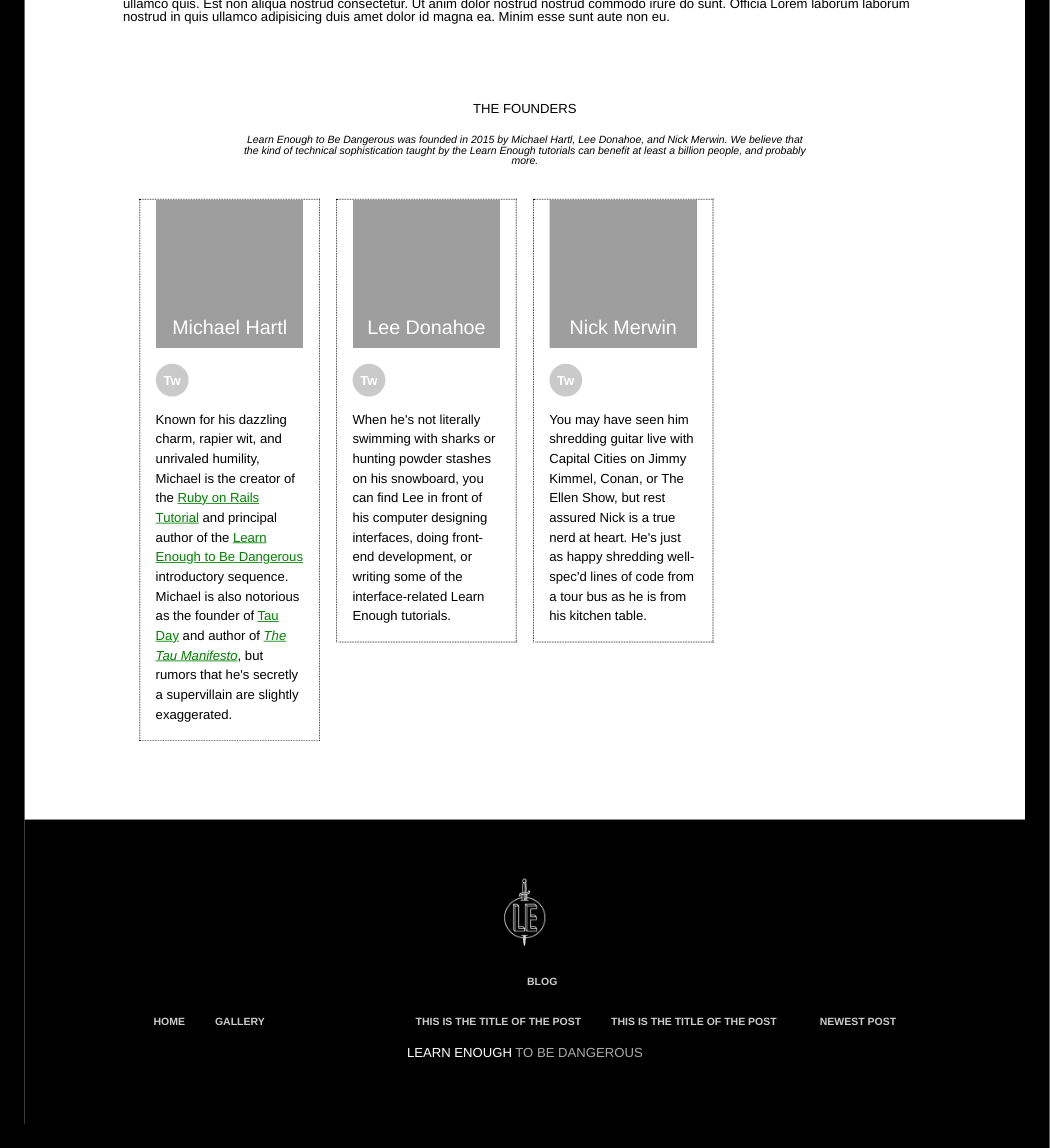
Repository: rvass/learn-enough-CSS
Page: _site/index.html
The author's editor kept a record of every edit. The page is drawn from the files as they stood at one moment, then again after the next edit.
The browser window is 1280 px wide. The pictures show the part of the page from y = 1459 to 2859 px (the page is 2859 px tall), at 82% of full size.
Pictures or frames that could not be fetched are drawn as grey boxes. A picture or video elsewhere on the page could not be fetched, so the positions and the page height are approximate.

Above is the page before.

### _site/index.html
<!DOCTYPE html>
<html>

    <head>

        <title>Test Page: Don't Panic</title>


        <meta name="description" content="This is a dangerous site.">

    <link href="/favicon.png" rel="icon">
    <meta charset="utf-8">
    <meta name="viewport" content="width=device-width, initial-scale=1">
    <link rel="stylesheet" href="/css/reset.css">
    <link href="https://fonts.googleapis.com/css?family=Open+Sans|Raleway:100&display=swap" rel="stylesheet">  <!-- google fonts CDN  -->
    <link rel="stylesheet" href="/fonts/fontawesome-free-5.12.0-web/css/all.min.css">
    <link rel="stylesheet" href="/css/main.css">
</head>

    <!--flebox container-->
    <body>

        <!-- 1st potential flexbox item, but not flexing because position: fixed -->
        <header class="header">
  <nav>
    <input type="checkbox" id="mobile-menu" class="mobile-menu-check">
    <label for="mobile-menu" class="show-mobile-menu">Menu</label>
    <ul class="header-nav nav-links">
      <li><a href="/">Home</a></li>
<li><a href="/gallery">Gallery</a></li>
<li class="dropdown">
    <a class="drop-trigger" href="/blog">Blog</a>
    <ul class="drop-menu">
        <li>Recent Posts</li>

            <li><a href="/2016/11/04/title-of-second-post.html">this is the title of the post</a></li>

            <li><a href="/2016/11/03/title-of-post.html">this is the title of the post</a></li>

    </ul>
  </li>
<li><a href="/2016/11/04/title-of-second-post.html">Newest Post</a></li>

    </ul>
  </nav>
  <a href="/" class="header-logo">
      <img src="/images/logo.png" alt="Learn Enough">
  </a>

</header>

        <!-- 2nd flexbox item, the only one that will be changing in size -->
        <div class="content-container"> <!--flexbox item-->
            <div class="home">
  <div class="full-hero hero-home">
    <div class="hero-content">
      <h1>CODE DANGEROUSLY</h1>
      <ul class="social-list">
        <li>
          <a href="https://facebook.com/learnenough" class="social-link">
            <i class="fab fa-facebook"></i>
          </a>
        </li>
        <li>
          <a href="https://twitter.com/learnenough" class="social-link">
            <i class="fab fa-twitter"></i>
          </a>
        </li>
        <li>
          <a href="https://github.com/learnenough" class="social-link">
            <i class="fab fa-github"></i>
          </a>
        </li>
      </ul>
    </div>
  </div>

  <div class="home-callout">
    <h1 class="callout-title">The Learn Enough Story</h1>
    <div class="callout-copy">
      <p>
        Learn Enough  Be Dangerous is a leader in the movement to teach the
        world <em>technical sophistication</em>, which includes both "hard
        skills" like coding, command lines, and version control, and "soft
        skills" like guessing keyboard shortcuts, Googling error messages, and
        knowing when to just reboot the darn thing.
      </p>
      <p>
        We believe there are <strong>at least a billion people</strong> who can
        benefit from learning technical sophistication, probably more. To join
        our movement,
        <a href="https://learnenough.com/#email_list">sign up for our official
        email list</a> now.
      </p>
      <h3>Background</h3>
      <p>
        Learn Enough to Be Dangerous is an outgrowth of the
        <a href="https://www.railstutorial.org/">Ruby on Rails Tutorial</a> and the
        <a href="https://www.softcover.io/">Softcover publishing platform</a>.
        This page is part of the sample site for
        <a href="https://learnenough.com/css-tutorial"><em>Learn Enough CSS and
        Layout to Be Dangerous</em></a>, which teaches the basics of
        <strong>C</strong>ascading <strong>S</strong>tyle
        <strong>S</strong>heets, the language that allows web pages to be styled.
        Other related tutorials can be found at
        <a href="https://learnenough.com/">learnenough.com</a>.
      </p>
    </div>
  </div>

  <div class="home-section">
    <h4>Most Recent Post</h4>
    <div class="blog-posts">
      <header class="post-header">
        <h2>
          <a href="/2016/11/04/title-of-second-post.html">this is the title of the post</a>
        </h2>
        <div class="post-byline">
          <img src="https://gravatar.com/avatar/ffda7d145b83c4b118f982401f962ca6?s=150" alt="">
          <a href="https://twitter.com/richardvass82" class="social-link">Tw</a>
          by: Raizard Ssav
          <span> - November 04, 2016</span>
        </div>
      </header>
      <div class="posts-image" style="background-image:url(/images/shark.jpg)">
      </div>
      <p>Ullamco ad quis veniam nulla eiusmod duis qui in aliquip Lorem ad dolore laborum velit. Minim nisi quis pariatur ipsum id enim minim ullamco quis. Est non aliqua nostrud consectetur. Ut anim dolor nostrud nostrud commodo irure do sunt. Officia Lorem laborum laborum nostrud in quis ullamco adipisicing duis amet dolor id magna ea. Minim esse sunt aute non eu.</p>

    </div>
  </div>

  <div class="home-section">
    <h2>THE FOUNDERS</h2>
    <p>
    Learn Enough to Be Dangerous was founded in 2015 by Michael Hartl, Lee Donahoe,
    and Nick Merwin. We believe that the kind of technical sophistication taught by
    the Learn Enough tutorials can benefit at least a billion people, and probably
    more.
    </p>

    <div class="bio-wrapper">
      <div class="bio-box">
        <img src="https://placekitten.com/g/400/400">
        <h3>Michael Hartl</h3>
        <a href="https://twitter.com/mhartl" class="social-link">Tw</a>
        <div class="bio-copy">
          <p>
            Known for his dazzling charm, rapier wit, and unrivaled humility,
            Michael is the creator of the
            <a href="https://www.railstutorial.org/">Ruby on Rails
            Tutorial</a> and principal author of the
            <a href="https://learnenough.com/">
            Learn Enough to Be Dangerous</a> introductory sequence.
          </p>
          <p>
            Michael is also notorious as the founder of
            <a href="http://tauday.com/">Tau Day</a> and author of
            <a href="http://tauday.com/tau-manifesto"><em>The Tau
            Manifesto</em></a>, but rumors that he's secretly a supervillain
            are slightly exaggerated.
          </p>
        </div>
      </div>
      <div class="bio-box">
        <img src="https://placekitten.com/g/400/400">
        <h3>Lee Donahoe</h3>
        <a href="https://twitter.com/leedonahoe" class="social-link">Tw</a>
        <div class="bio-copy">
          <p>
            When he's not literally swimming with sharks or hunting powder
            stashes on his snowboard, you can find Lee in front of his computer
            designing interfaces, doing front-end development, or writing some of
            the interface-related Learn Enough tutorials.
          </p>
        </div>
      </div>
      <div class="bio-box">
        <img src="https://placekitten.com/g/400/400">
        <h3>Nick Merwin</h3>
        <a href="https://twitter.com/nickmerwin" class="social-link">Tw</a>
        <div class="bio-copy">
          <p>
            You may have seen him shredding guitar live with Capital Cities on
            Jimmy Kimmel, Conan, or The Ellen Show, but rest assured Nick is a
            true nerd at heart. He's just as happy shredding well-spec'd lines
            of code from a tour bus as he is from his kitchen table.
          </p>
        </div>
      </div>
    </div>
  </div>


</div>

        </div>

        <!-- 3rd potential flexbox item, but not given a flex: property -->
        <footer class="footer">
  <a class="footer-logo" href="/">
    <img src="/images/logo.png" alt="Learn Enough"/>
  </a>
  <nav>
    <ul class="footer-nav nav-links">
      <li><a href="/">Home</a></li>
<li><a href="/gallery">Gallery</a></li>
<li class="dropdown">
    <a class="drop-trigger" href="/blog">Blog</a>
    <ul class="drop-menu">
        <li>Recent Posts</li>

            <li><a href="/2016/11/04/title-of-second-post.html">this is the title of the post</a></li>

            <li><a href="/2016/11/03/title-of-post.html">this is the title of the post</a></li>

    </ul>
  </li>
<li><a href="/2016/11/04/title-of-second-post.html">Newest Post</a></li>

    </ul>
  </nav>
  <h3>Learn Enough <span>to be Dangerous</span></h3>
</footer>

    </body>
</html>

### css/reset.css
html, body, div, span, applet, object, iframe,
h1, h2, h3, h4, h5, h6, p, blockquote, pre,
a, abbr, acronym, address, big, cite, code,
del, dfn, em, img, ins, kbd, q, s, samp,
small, strike, strong, sub, sup, tt, var,
b, u, i, center, dl, dt, dd, ol, ul, li,
fieldset, form, label, legend, table, caption,
tbody, tfoot, thead, tr, th, td, article, aside,
canvas, details, embed, figure, figcaption, footer,
header, hgroup, menu, nav, output, ruby, section,
summary, time, mark, audio, video {
    margin: 0;
    padding: 0;
    border: 0;
    font: inherit;
    vertical-align: baseline;
}
/* HTML5 display-role reset for older browsers */
article, aside, details, figcaption, figure,
footer, header, hgroup, menu, nav, section {
    display: block;
}
body {
    line-height: 1;
}
blockquote, q {
    quotes: none;
}
blockquote:before, blockquote:after, q:before, q:after {
    content: '';
    content: none;
}
table {
    border-collapse: collapse;
    border-spacing: 0;
}
strong, b {
    font-weight: bold;
}
em, i {
    font-style: italic;
}
a img {
    border: none;
}

### css/main.css


/* GLOBAL STYLES */
html {
  box-shadow: 0 0 0 30px #000 inset;
  padding: 0 30px;
}

body {
  font-family: helvetica, arial, sans;
}
h1 {
  font-size: 7vw;
  margin-top: 0;
}
a {
  color: #f00;
}
h2 ~ p {
  font-size: 0.8em;
  font-style: italic;
  margin: 1em auto 0;
  max-width: 70%;
  text-align: center;
}


/* HERO STYLES */
.full-hero {
  background-color: #c7dbfc;
  background-size: cover;
  box-sizing: border-box;
  height: 100vh;
  padding-top: 10vh;
}
.full-hero:after {
  /*color: #fff;*/
  /*font-size: 36px;*/
  border-color: #fff transparent transparent;
  border: 10px solid;
  bottom: 2vh;
  content: "";
  height: 0;
  left: 50%;
  position: absolute;
  transform: translate(-50%, 0);
  width: 0;
}
.hero-home {
  background-image: url(/images/shark.jpg);
  background-position: center top;
}
.hero-content {
  color: #fff;
  position: relative;
  text-align: center;
  text-transform: uppercase;
  top: 50%;
  transform: translate(0, -50%);
}
.hero-content h1 {
  color: rgba(255, 255, 255, 0.8);
  font-size: 7vw;
  margin-bottom: 0.25em;
}
.hero-content .social-link {
  background-color: rgba(255, 255, 255, 0.8);
  color: #557c83;
}
.hero-content .social-link:hover {
  background-color: #000;
  color: #fff;
}


/* SOCIAL STYLES */
.social-link {
  background: rgba(150, 150, 150, 0.5);
  border-radius: 99px;
  box-sizing: border-box;
  color: #fff;
  display: inline-block;
  font-family: helvetica, arial, sans;
  font-size: 1rem;
  font-weight: bold;
  height: 2.5em;
  line-height: 1;
  padding-top: 0.85em;
  text-align: center;
  text-decoration: none;
  vertical-align: middle;
  width: 2.5em;
}
.social-link:hover {
  background: red;
}
.social-list {
  list-style: none;
  padding: 0;
  text-align: center;
}
.social-list > li {
  display: inline-block;
  margin: 0 0.5em;
}

/*HEADER STYLES*/
.header {
  background-color: #000;
  color: #fff;
  position: fixed;
  width: 100%;
  z-index: 20;
}
.header-logo {
  background-color: #000;
  box-sizing: border-box;
  display: block;
  height: 10vh;
  left: -30px;
  padding-top: 10px;
  position: relative;
  text-align: center;
  width: 10vh;
}
.header-logo:hover,
.header-logo:active {
  background-color: #ed6e2f;
}
.header-logo img {
  width: 4.3vh;
}
.header-nav {
  float: right;
  padding: 5.5vh 60px 0 0;
}
.header-nav > li {
  display: inline-block;
  margin-left: 1em;
}
.header-nav > li ~ li {
/* The rule .header-nav > li ~ li says to apply the subsequent rules to all li elements next to an initial li inside an element with */
/* class .header-nav"—in other words, every li in the menu after the first one.*/
  border-left: 1px solid rgba(255 ,255, 255, 0.3);
  padding-left: 1em;
}
.header-nav a {
  color: #fff;
}
.nav-links a {
  font-size: 0.8rem;
  font-weight: bold;
  text-decoration: none;
  text-transform: uppercase;
}
.nav-links a:hover,
.nav-links a:active {
  color: #ed6e2f;
}
.header-nav > li:first-child a {
  color: #ed6e2f;
}
.header-nav > li:first-child a:hover {
  color: #fff;
}

/*HOMEPAGE STYLES*/
.home-section {
  margin: 6rem auto;
  max-width: 980px;
  width: 90vw;
}
.home-section h2 {
  margin-bottom: 1.5rem;
  text-align: center;
}
.home-callout {
  background-color: #000;
  color: #fff;
  padding: 7vh 0;
}
.callout-title {
  font-size: 5.75vw;
  text-align: right;
  text-transform: uppercase;
}
.callout-copy {
  font-size: 0.8rem;
}

/*FOOTER STYLES*/
.footer {
  background-color: #000;
  padding: 10vh 0 15vh;
  text-align: center;
}
.footer-logo img {
  width: 50px;
}
.footer h3 {
  color: #fff;
  padding-top: 1.5em;
  text-transform: uppercase;
}
.footer h3 span {
  color: #aaa;
}
.footer-nav li {
  display: inline-block;
  margin: 2em 1em 0;
}
.footer-nav a {
  color: #ccc;
}

/* BIO STYLES */
.bio-wrapper {
  font-size: 24px;
  margin: auto;
  max-width: 960px;
  overflow: hidden;
}
.bio-box {
  border-color: transparent black black transparent;
  border: 1px dotted black;
  box-sizing: border-box;
  float: left;
  font-size: 1rem;
  margin: 40px 1% 0;
  padding: 0 2% 2%;
  width: 23%;
}
.bio-box h3 {
  color: #fff;
  font-size: 1.5em;
  margin: -40px 0 1em;
  text-align: center;
}
.bio-box img {
  width: 100%;
}
.bio-box .social-link {
  display: block;
  margin: 2em 0 1em;
}
.bio-copy {
  font-size: 1em;
  line-height: 1.5;
}
.bio-copy a {
  color: green;
}

Loaded but not shown: fonts/fontawesome-free-5.12.0-web/css/all.min.css (library)

After the next edit:
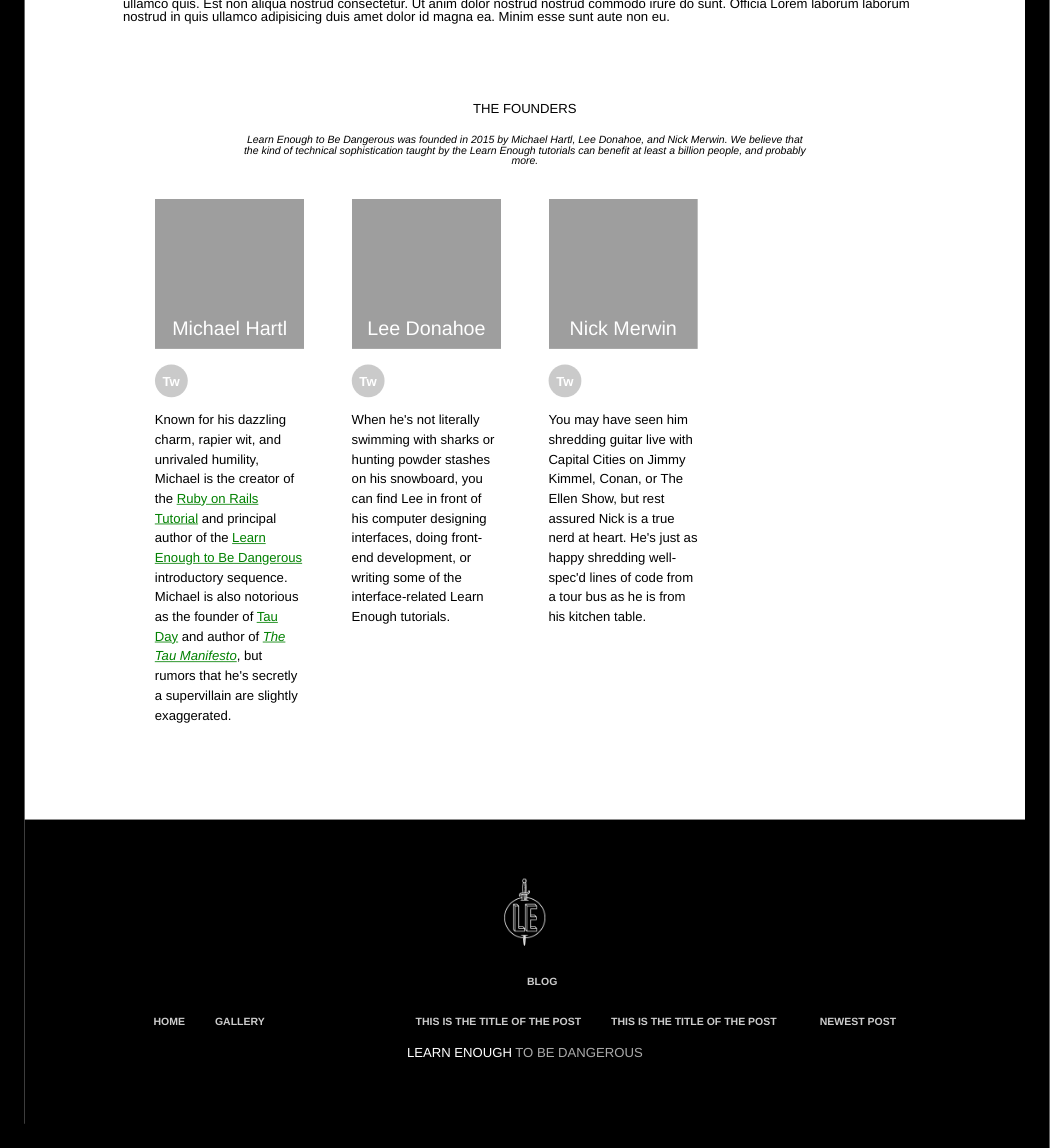
The edit:
--- a/css/main.css
+++ b/css/main.css
@@ -221,8 +221,6 @@
   overflow: hidden;
 }
 .bio-box {
-  border-color: transparent black black transparent;
-  border: 1px dotted black;
   box-sizing: border-box;
   float: left;
   font-size: 1rem;
